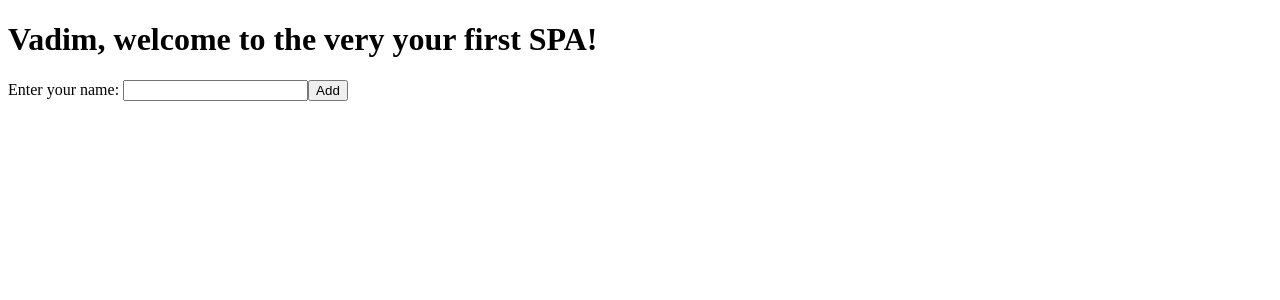
Repository: VadimZubchenko/mySinglePageApp
Page: public/index.html
These files come from the project's save history. The page is drawn as it stood at one moment and after the next save; the edit follows.
The browser window is 1280 px wide. The pictures show the whole page.

Above is the page before, as saved 2022-05-01 09:51:12.

### public/index.html
<!DOCTYPE html>
<html lang="en">
<head>
  <meta charset="UTF-8">
  <meta http-equiv="X-UA-Compatible" content="IE=edge">
  <meta name="viewport" content="width=device-width, initial-scale=1.0">
  <title>Single-page Application</title>
  <script src="script.js"></script>
</head>
<body>
  <h1>Vadim, welcome to the very your first SPA!</h1>
  <div id="anchor"></div>
</body>
</html>

### public/script.js
window.onload = function () {
  creatForm();
};
// I. Creat form on web-page with elements and submitbutton
creatForm = () => {
  let anchor = document.getElementById("anchor");
  let form = document.createElement("form");
  form.setAttribute("id", "form");

  let inputName = document.createElement("input");
  // create input element
  inputName.setAttribute("type", "text");
  inputName.setAttribute("id", "inputname");
  inputName.setAttribute("name", "inputname");

  //create label of input
  let labelName = document.createElement("label");
  labelName.setAttribute("id", "labeltName");
  labelName.setAttribute("for", "inputName");
  //text for <label>Enter your name:</laber>
  let textName = document.createTextNode("Enter your name: ");
  labelName.appendChild(textName);

  form.appendChild(labelName);
  form.appendChild(inputName);

  let button = document.createElement("input");
  button.setAttribute("type", "submit");
  button.setAttribute("id", "button");
  button.setAttribute("value", "Add");

  form.appendChild(button);

  form.addEventListener("submit", function (event) {
    event.preventDefault();
    addToList();
  });
  anchor.appendChild(form);
};

// II. a. make object for sending to server
addToList = async () => {
  let name = document.getElementById("inputname");
  let contact = {
    name: name.value,
  };

  // II. b. Make request to server and send object to there
  let url = "/api/contact";
  let request = {
    method: "POST",
    //mode: "cors",
    //headers: { "Content-type": "application/json" },
    body: JSON.stringify(contact),
  };
  // II. c. check if sending is gotten on server side.
  let response = await fetch(url, request);
  if (response.ok) {
    name.value = "";
    console.log("Server has got data!");
  } else {
    console.log("Server has responded with status: ", response.status);
  }
};

After the next save:
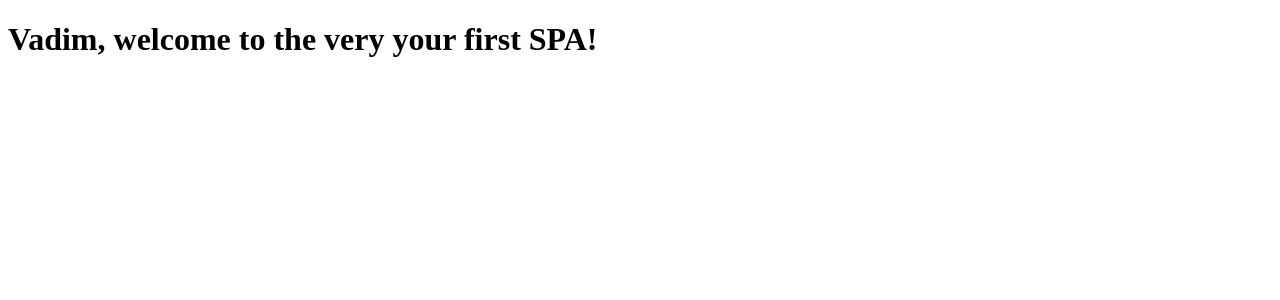
Console error: SyntaxError: Unexpected token '.'
Saved 86 s later.
--- a/public/script.js
+++ b/public/script.js
@@ -51,7 +51,7 @@
     method: "POST",
     //mode: "cors",
     //headers: { "Content-type": "application/json" },
-    body: JSON.stringify(contact),
+    JSON.stringify(contact),
   };
   // II. c. check if sending is gotten on server side.
   let response = await fetch(url, request);

After the save that followed:
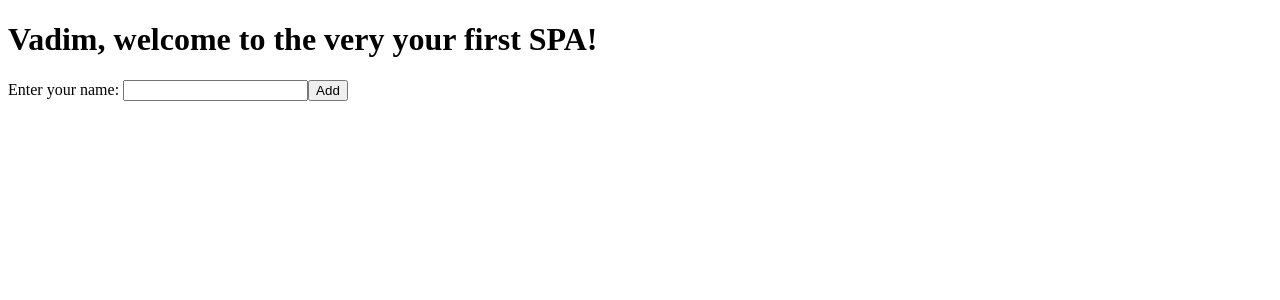
The error is gone.
Saved 10 min 25 s later.
--- a/public/script.js
+++ b/public/script.js
@@ -38,22 +38,23 @@
   anchor.appendChild(form);
 };
 
-// II. a. make object for sending to server
+// II.
+// a. make object for sending to server
 addToList = async () => {
   let name = document.getElementById("inputname");
   let contact = {
     name: name.value,
   };
 
-  // II. b. Make request to server and send object to there
-  let url = "/api/contact";
+  //b. Make request to server and send object to there
   let request = {
     method: "POST",
     //mode: "cors",
     //headers: { "Content-type": "application/json" },
-    JSON.stringify(contact),
+    body: JSON.stringify(contact),
   };
   // II. c. check if sending is gotten on server side.
+  let url = "/api/contact";
   let response = await fetch(url, request);
   if (response.ok) {
     name.value = "";
